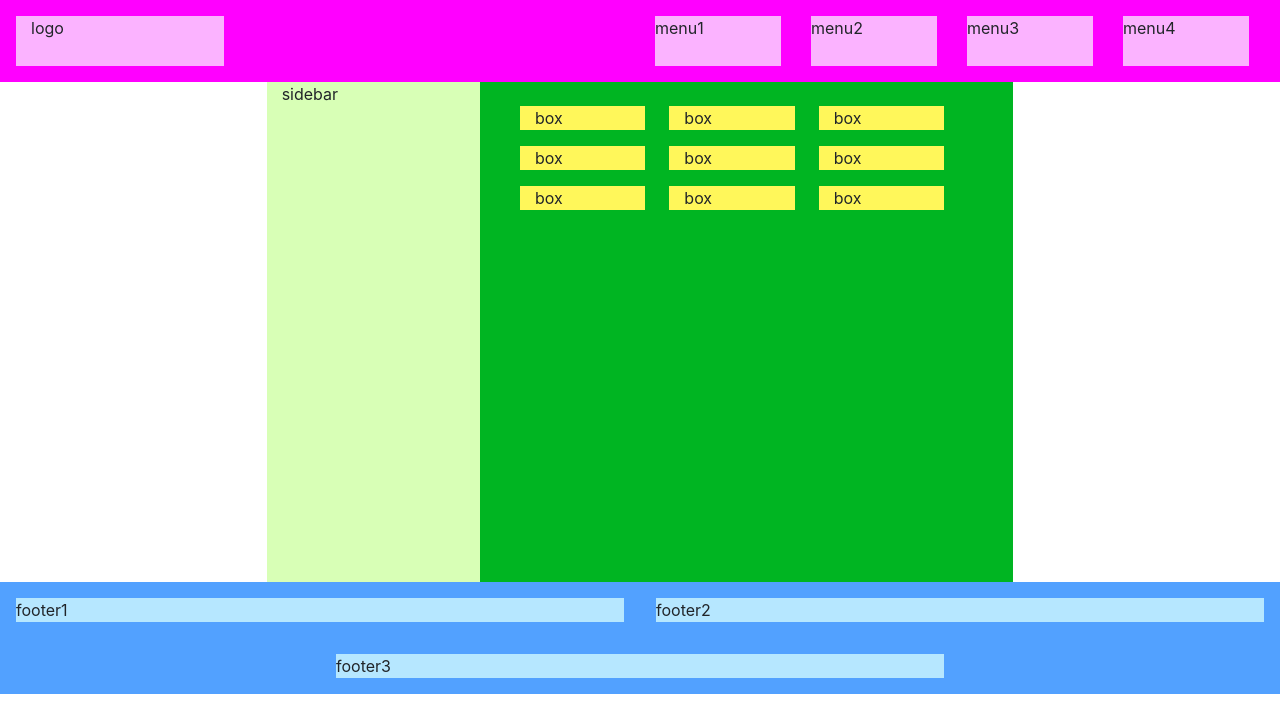
Repository: yuta0108/booker1-debug
Page: bootstrap_practice/index.html
The author's editor kept a record of every edit. The page is drawn from the files as they stood at one moment, then again after the next edit.
The browser window is 1280 px wide. The pictures show the whole page.

Above is the page before.

After the next edit:
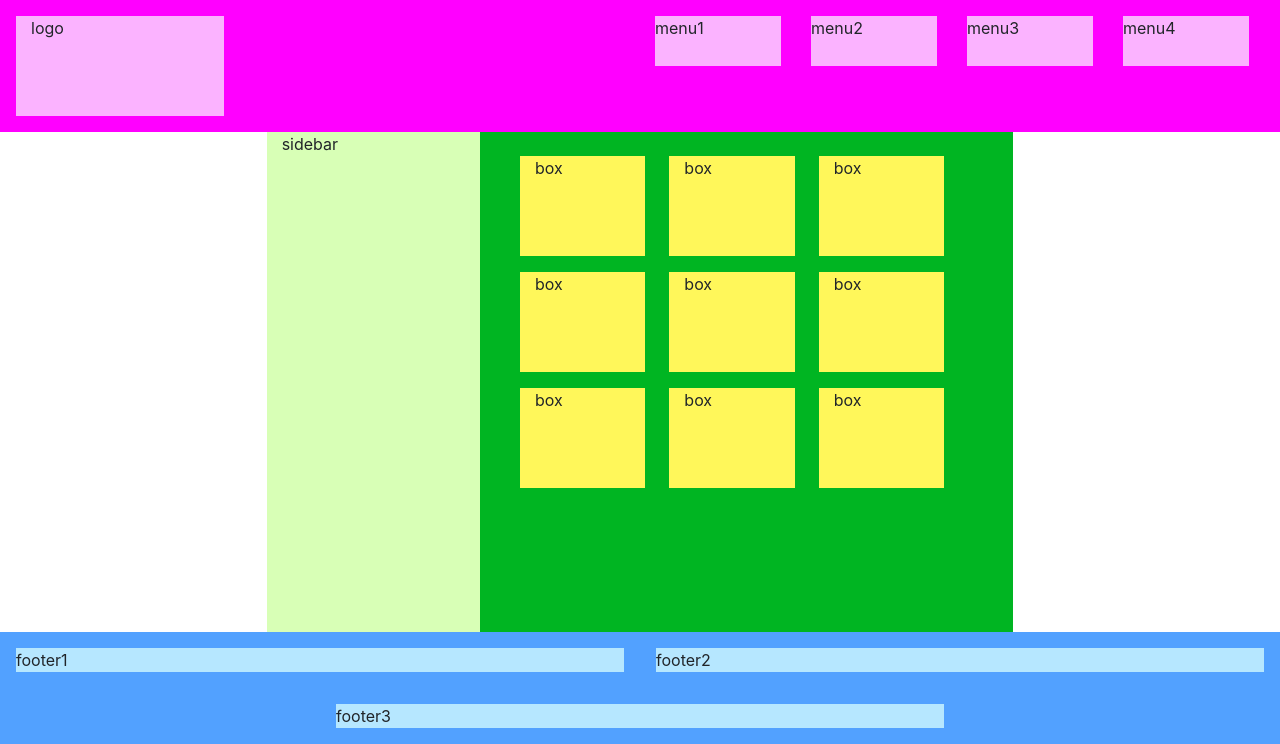
The edit:
--- a/bootstrap_practice/style.css
+++ b/bootstrap_practice/style.css
@@ -12,6 +12,6 @@
   height: 500px;
 }
 
-.col {
+.col-3 {
   height: 100px;
 }
